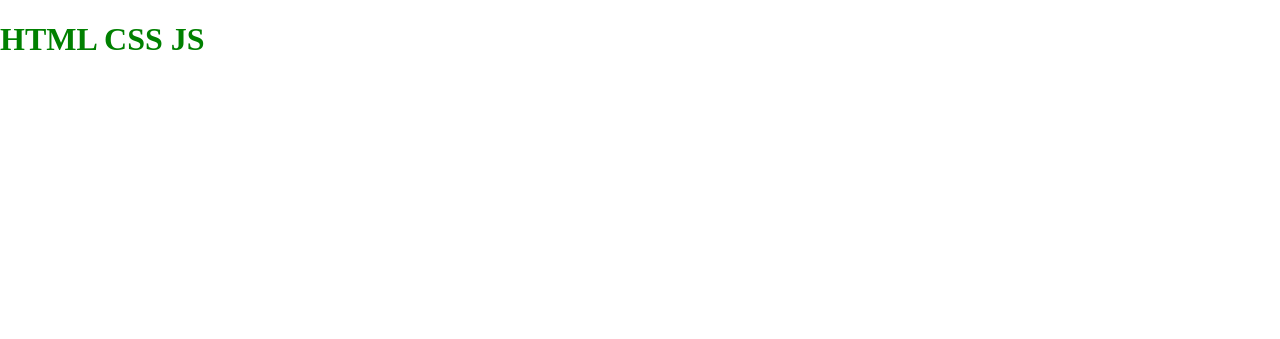
Repository: ufanodev/responsive-1
Page: index.html
The author's editor kept a copy of each file at every save. The page is drawn from the files as they stood at one save, then again after the next save.
The browser window is 1280 px wide. The pictures show the whole page.

Above is the page before, as saved 2022-12-09 21:06:56.
Not found: js/app.js

### index.html
<!DOCTYPE html>
<html lang="en">
  <head>
    <meta charset="UTF-8">
    <meta name="viewport" content="width=device-width, initial-scale=1.0">
    <meta http-equiv="X-UA-Compatible" content="ie=edge">
    <title>HTML Responsive</title>
    <link rel="stylesheet" href="./css/style.css">
  </head>
  <body>
    <div id="parent">
        <div id="child">
        </div>
    </div>
    <h1>HTML CSS JS</h1>
	<script src="./js/app.js"></script>
  </body>
</html>

### css/style.css
* { box-sizing: border-box;}

body{
    margin: 0;
}

h1{
    color: green;
}

.parent{
    background-color:  #23424A;
    padding: 50 px;
}

.child{
    background-color:  #38CFD9;
    height: 250px;;
}

After the next save:
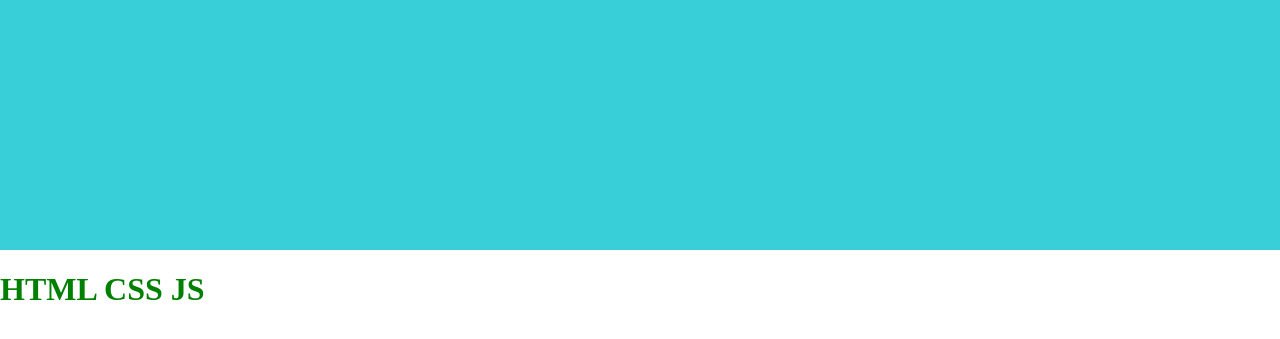
Saved 27 s later.
--- a/index.html
+++ b/index.html
@@ -8,8 +8,8 @@
     <link rel="stylesheet" href="./css/style.css">
   </head>
   <body>
-    <div id="parent">
-        <div id="child">
+    <div class="parent">
+        <div class="child">
         </div>
     </div>
     <h1>HTML CSS JS</h1>
